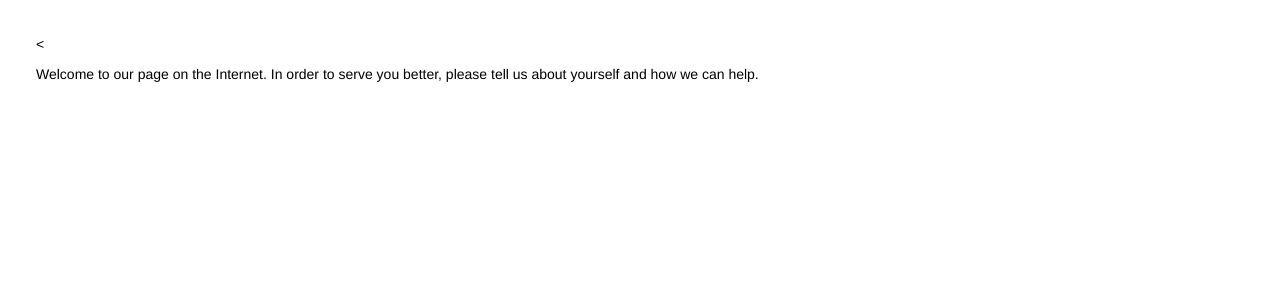
Repository: alboss/bit-175
Page: docs/customer-service.html
An editor plug-in stored every save of this project. The page is shown before and after the next save, followed by the edit.
The browser window is 1280 px wide. The pictures show the whole page.

Above is the page before, as saved 2023-04-19 14:18:20.

After the next save:
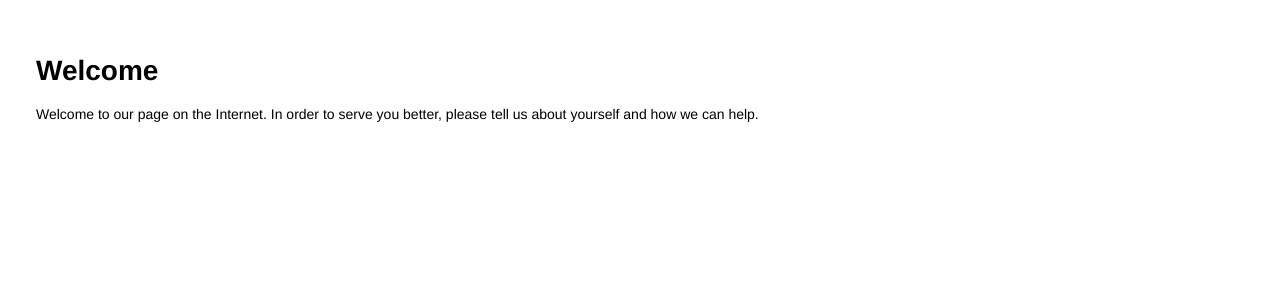
Saved 5 s later.
--- a/docs/customer-service.html
+++ b/docs/customer-service.html
@@ -9,7 +9,7 @@
     <title>Customer Service</title>
 </head>
 <body>
-    <
+    <h1>Welcome</h1>
     <p>Welcome to our page on the Internet. In order to serve you better, please tell us about yourself and how we can help.</p>
 </body>
 </html>
